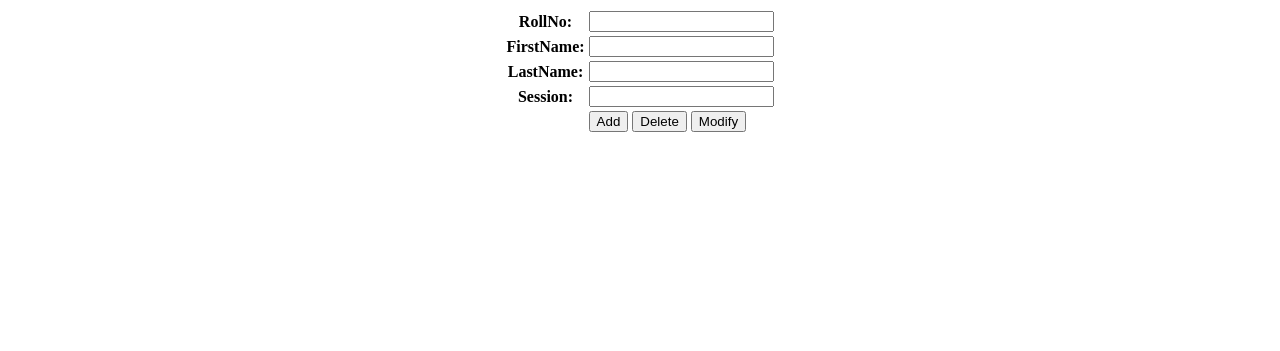
Repository: TraptiBhagat/AdvanceJava
Page: http://localhost/Student_Proj/StudentView.jsp
An editor plug-in stored every save of this project. The page is shown before and after the next save, followed by the edit.
The browser window is 1280 px wide. The pictures show the whole page.
The page is served by Tomcat 9. Other server files are loaded and not shown.

Above is the page before, as saved 2022-03-25 09:04:09.

### Advance workspace/Student_Proj/src/main/webapp/StudentView.jsp
<%@ page language="java" contentType="text/html; charset=ISO-8859-1"
	pageEncoding="ISO-8859-1"%>
<!DOCTYPE html>
<html>
<head>
<meta charset="ISO-8859-1">
<title>Student Form</title>
</head>
<body>
	<form action="" method="post">
		<table align="center">
			<tr>
				<th>RollNo:</th>
				<td><input type="text" name="rollno"></td>
			</tr>
			<tr>
				<th>FirstName:</th>
				<td><input type="text" name="firstname"></td>
			</tr>
			<tr>
				<th>LastName:</th>
				<td><input type="text" name="lastname"></td>
			</tr>
			<tr>
				<th>Session:</th>
				<td><input type="text" name="session"></td>
			</tr>
			<tr>
				<th></th>
				<td><input type="submit" value="Add" name="operation">
					<input type="submit" value="Delete" name="operation"> <input
					type="submit" value="Modify" name="operation"></td>
			</tr>

		</table>

	</form>
</body>
</html>

After the next save:
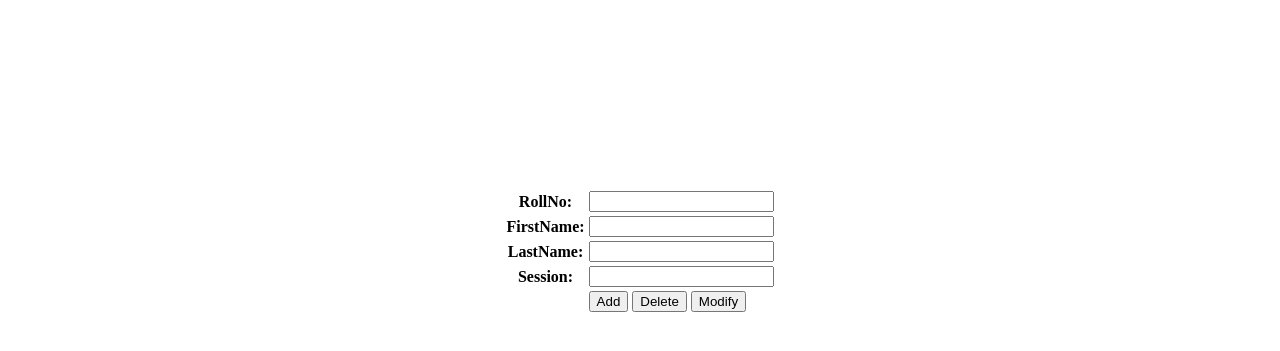
Saved 51 s later.
--- a/Advance workspace/Student_Proj/src/main/webapp/StudentView.jsp
+++ b/Advance workspace/Student_Proj/src/main/webapp/StudentView.jsp
@@ -8,6 +8,8 @@
 </head>
 <body>
 	<form action="" method="post">
+		<br> <br> <br> <br> <br> <br> <br>
+		<br> <br> <br>
 		<table align="center">
 			<tr>
 				<th>RollNo:</th>
